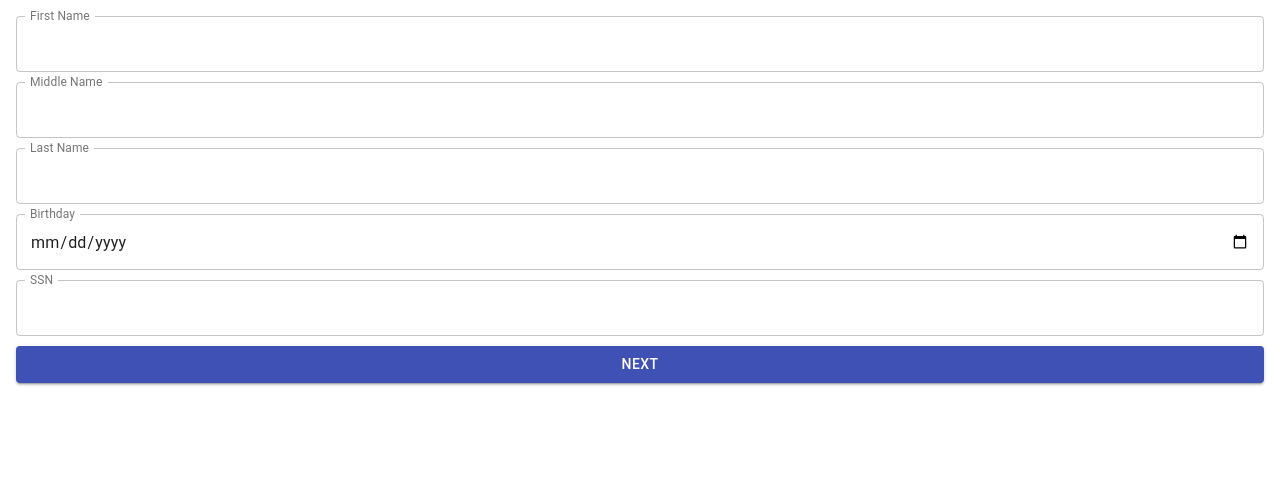
Repository: chathuraedirisingh/rr
Page: /
An editor plug-in stored every save of this project. The page is shown before and after the next save, followed by the edit.
The browser window is 1280 px wide. The pictures show the whole page.
The project was rebuilt for these pictures with package versions that can differ from the ones it lists, and the page was loaded fresh each time.

Above is the page before, as saved 2019-12-18 01:00:48.

### src/App.js
import React, { Component } from 'react'
import UserForm from './components/UserForm'

export default class App extends Component {
  render() {
    return (
      <UserForm />
    )
  }
}

### src/components/UserForm.js
import React, { Component } from 'react'
import FormPersonalDetails from './FormPersonalDetails';

export default class UserForm extends Component {
    state = {
        step: 1,
        firstname: "",
        middlename: "",
        lastname: "",
        birthday: '',
        ssn: "",
        email: "",
        phone: "",
        address: "",
        city: "",
        state: "",
        zip: "",
        employed: "",
        employer_name: "",
        job_title: "",
        emp_phone: "",
        income: "",
        start_date: "",
        income_ext: ""
    };

    nextStep = () => {
        const { step } = this.state;
        this.setState({
            step: step + 1
        });
        console.log(this.state);
    };

    prevStep = () => {
        const { step } = this.state;
        this.setState({
            step: step + 1
        });
    };

    handleChange = input => e => {
        this.setState({
            [input]: e.target.value
        });
    };

    render() {
        const { step } = this.state;
        const {
            firstname,
            middlename,
            lastname,
            birthday,
            ssn,

            email,
            phone,
            address,
            city,
            state,
            zip,

            employed,
            employer_name,
            job_title,
            emp_phone,
            income,
            start_date,
            income_ext
        } = this.state;

        const values = {
            firstname,
            middlename,
            lastname,
            birthday,
            ssn,
            email,
            phone,
            address,
            city,
            state,
            zip,
            employed,
            employer_name,
            job_title,
            emp_phone,
            income,
            start_date,
            income_ext
        };

        switch (step) {
            case 1:
                return (
                    <FormPersonalDetails
                        nextStep={this.nextStep}
                        handleChange={this.handleChange}
                        values={values}
                    />
                )
        }

        return (
            <div>

            </div>
        )
    }
}

### src/components/FormPersonalDetails.js
import React, { Component, Fragment, useState } from "react";
import { Button, TextField, Container, Box } from "@material-ui/core";


export default class FormPersonalDetails extends Component {
    continue = e => {
        e.preventDefault();
        this.props.nextStep();
    };

    render() {

        const { values, handleChange } = this.props;
        return (
            <Fragment>
                <div style={{ width: '100%' }}>
                    <Box display="flex"
                        flexDirection="column"
                        p={1} m={1}
                        bgcolor="background.paper">
                        <TextField
                            style={{ marginBottom: 10 }}
                            label="First Name"
                            variant="outlined"
                            onChange={handleChange('firstname')}
                            defaultValue={values.firstname}
                            InputLabelProps={{
                                shrink: true,
                            }} />
                        <TextField
                            style={{ marginBottom: 10 }}
                            label="Middle Name"
                            variant="outlined"
                            onChange={handleChange('middlename')}
                            defaultValue={values.firstname}
                            InputLabelProps={{
                                shrink: true,
                            }} />
                        <TextField
                            style={{ marginBottom: 10 }}
                            label="Last Name"
                            variant="outlined"
                            onChange={handleChange('lastname')}
                            defaultValue={values.firstname}
                            InputLabelProps={{
                                shrink: true,
                            }} />
                        <TextField
                            style={{ marginBottom: 10 }}
                            id="date"
                            type="date"
                            label="Birthday"
                            variant="outlined"
                            onChange={handleChange('birthday')}
                            defaultValue={values.birthday}
                            InputLabelProps={{
                                shrink: true,
                            }}
                        />

                        <TextField
                            style={{ marginBottom: 10 }}
                            label="SSN"
                            variant="outlined"
                            onChange={handleChange('ssn')}
                            defaultValue={values.ssn}
                            InputLabelProps={{
                                shrink: true,
                            }} />
                        <Button
                            style={{ marginBottom: 10 }}
                            variant="contained"
                            color="primary"
                            href="#contained-buttons"
                            onClick={this.continue} >Next</Button>
                    </Box>

                </div>
            </Fragment>
        )
    }
}

Loaded but not shown: public/index.html (common file); src/index.js (common file); src/index.css (common file); src/serviceWorker.js (common file)

After the next save:
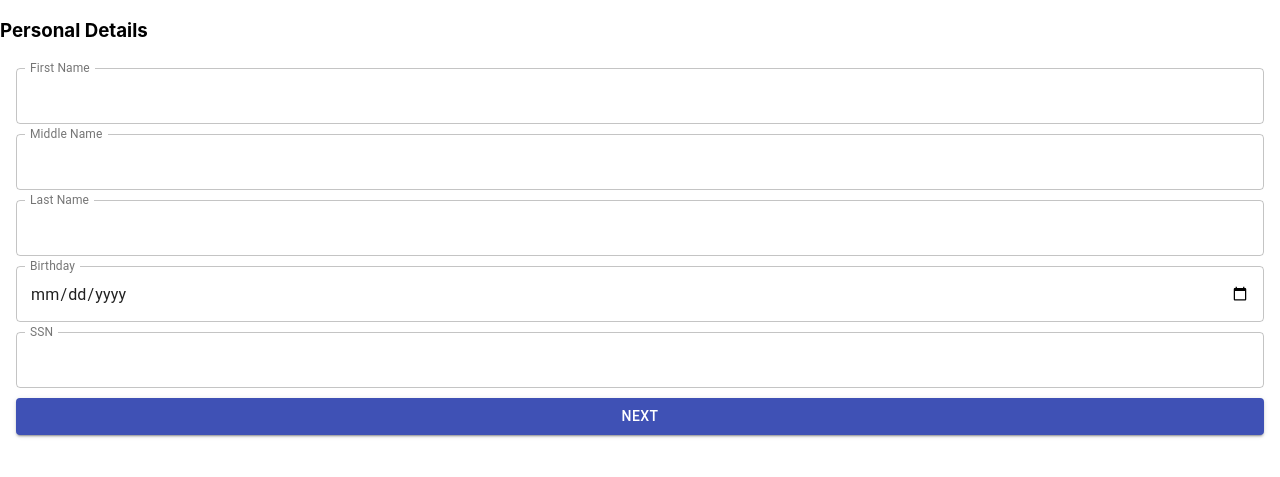
Saved 2 min 17 s later.
--- a/src/components/FormPersonalDetails.js
+++ b/src/components/FormPersonalDetails.js
@@ -14,6 +14,7 @@ export default class FormPersonalDetails extends Component {
         return (
             <Fragment>
                 <div style={{ width: '100%' }}>
+                    <h3>Personal Details</h3>
                     <Box display="flex"
                         flexDirection="column"
                         p={1} m={1}
